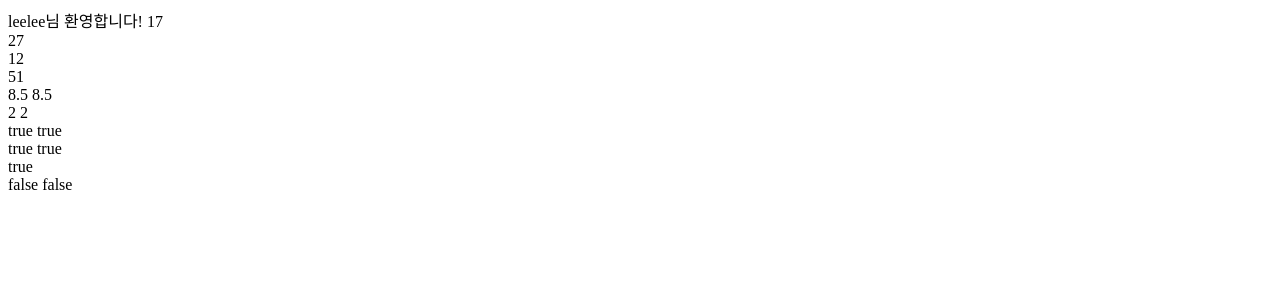
Repository: lee010207/HTML-CSS-JS
Page: http://localhost/EL_JSTL/elTest.jsp
An editor plug-in stored every save of this project. The page is shown before and after the next save, followed by the edit.
The browser window is 1280 px wide. The pictures show the whole page.
The page is served by Tomcat 9.

Above is the page before, as saved 2023-09-01 00:38:49.

After the next save:
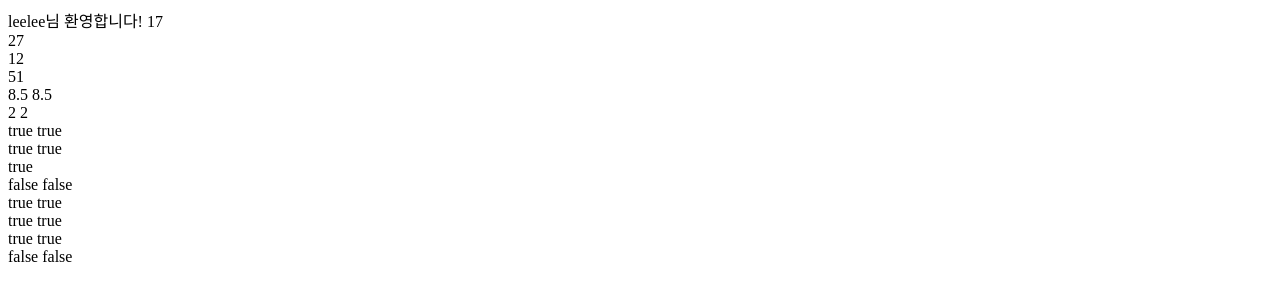
Saved 3 min 7 s later.
--- a/04. Server/EL_JSTL/src/main/webapp/elTest.jsp
+++ b/04. Server/EL_JSTL/src/main/webapp/elTest.jsp
@@ -44,7 +44,12 @@
 	 ${num > 20 || num > 10 } ${num > 20 or num > 10 }<br>
 
 	 ${isCheck } <br>
-	 ${!isCheck } ${not isCheck } <br>
+	 ${!isCheck } ${not isCheck} <br>
+	 ${num > 3 } ${num gt 3} <br>
+	 ${num < 20} ${num lt 20} <br>
+	 ${num >= 5 } ${num ge 5} <br>
+	 ${num <= 10} ${num le 10} <br>
+
 
 
 
